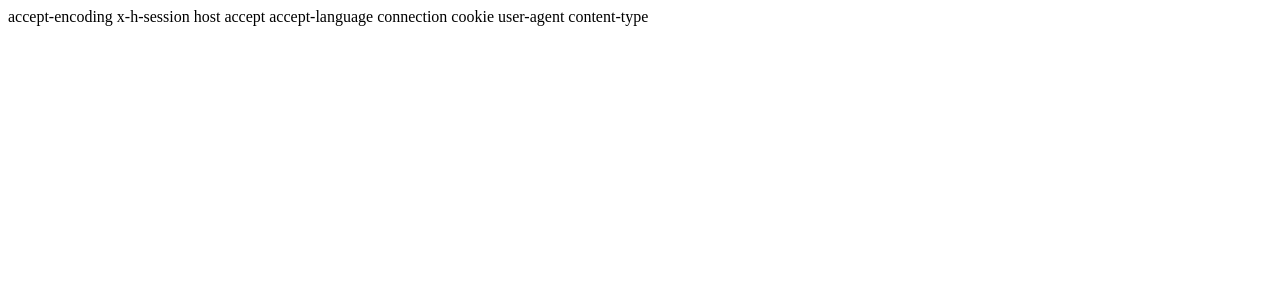
Repository: KyoungHwanJeong/jspworks
Page: http://localhost/jwbook/request/request2_11_21.jsp
The author's editor kept a copy of each file at every save. The page is drawn from the files as they stood at one save, then again after the next save.
The browser window is 1280 px wide. The pictures show the whole page.
The page is served by Tomcat 9. Other server files are loaded and not shown.

Above is the page before, as saved 2023-11-21 02:59:33.

### jwbook/src/main/webapp/request/request2_11_21.jsp
<%@page import="java.util.Enumeration"%>
<%@ page language="java" contentType="text/html; charset=UTF-8"
    pageEncoding="UTF-8"%>
<%
	//Http 헤더 정보값 출력
	String hostValue = request.getHeader("host");
	String alValue = request.getHeader("accept-language");

	//out.println("호스트명: " + hostValue + "<br>");
	//out.println("설정된 언어: " + alValue);

	//반복자 객체 얻기
	Enumeration<String> en = request.getHeaderNames();
	while(en.hasMoreElements()){
		// 다음 요소를 가져옴
		String headerName = en.nextElement();

		out.println(headerName);
	}

%>

After the next save:
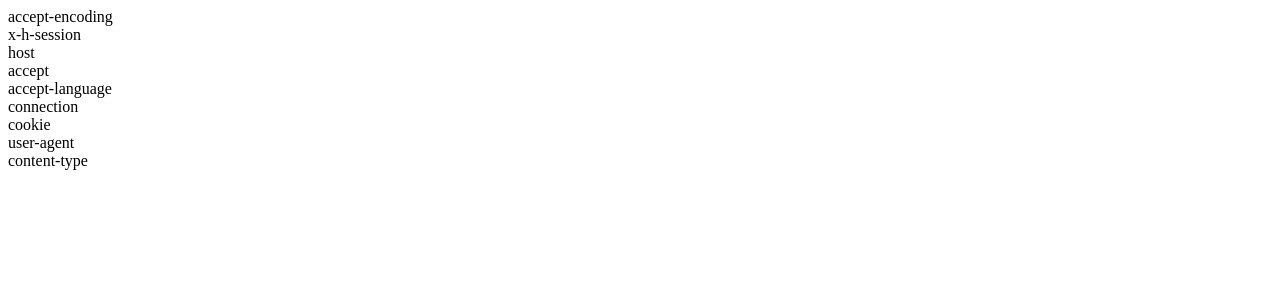
Saved 11 s later.
--- a/jwbook/src/main/webapp/request/request2_11_21.jsp
+++ b/jwbook/src/main/webapp/request/request2_11_21.jsp
@@ -15,7 +15,7 @@
 		// 다음 요소를 가져옴
 		String headerName = en.nextElement();
 
-		out.println(headerName);
+		out.println(headerName + "<br>");
 	}
 
 %>
